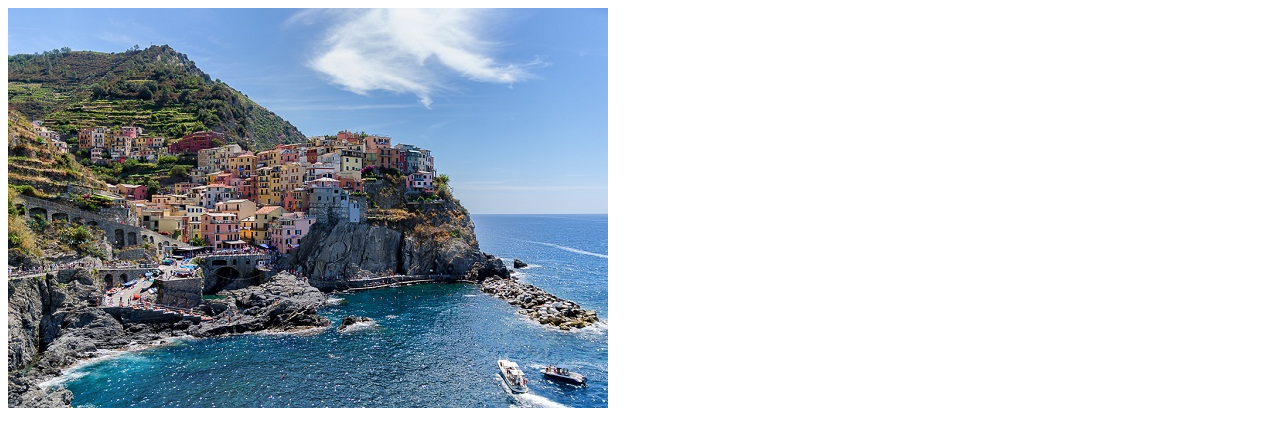
Repository: EmanuelUrbano/introducao_a_tecnologias
Page: 05_05_2022/dropdown_image/index.html
The author's editor kept a copy of each file at every save. The page is drawn from the files as they stood at one save, then again after the next save.
The browser window is 1280 px wide. The pictures show the whole page.

Above is the page before, as saved 2022-05-09 23:51:07.

### 05_05_2022/dropdown_image/index.html
<!DOCTYPE html>
<html lang="en">
<head>
    <meta charset="UTF-8">
   <link rel="stylesheet" href="style.css">
    <title>Dropdown image</title>
</head>
<body>
    <img src="./Banco de Imagens/img.jpg" alt="" class="imagem_pequena">
</body>
</html>

Loaded but not shown: 05_05_2022/dropdown_image/style.css (no stored copy; drawn as an empty file)

After the next save:
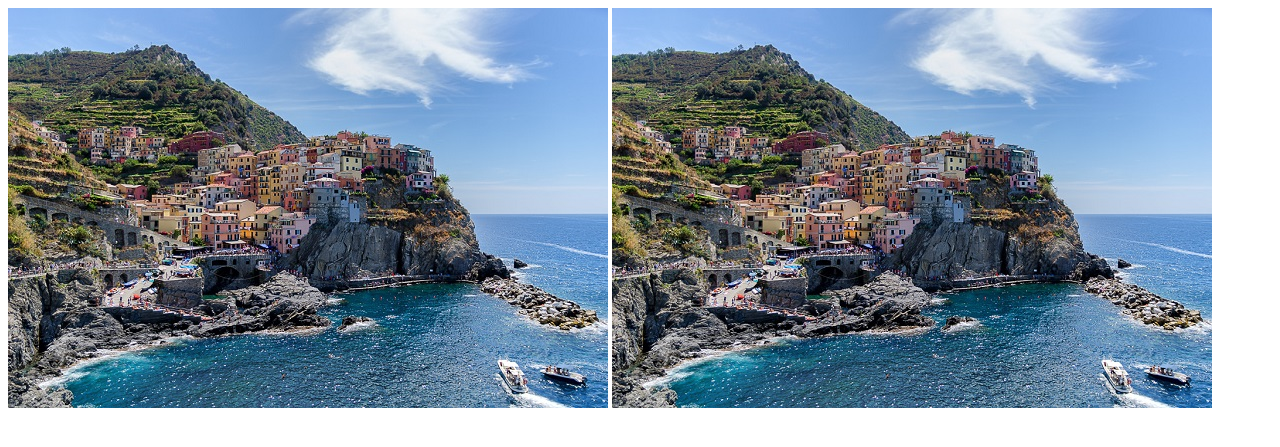
Saved 35 s later.
--- a/05_05_2022/dropdown_image/index.html
+++ b/05_05_2022/dropdown_image/index.html
@@ -7,5 +7,6 @@
 </head>
 <body>
     <img src="./Banco de Imagens/img.jpg" alt="" class="imagem_pequena">
+    <img src="./Banco de Imagens/img.jpg" alt="" class="imagem_grande">
 </body>
 </html>
